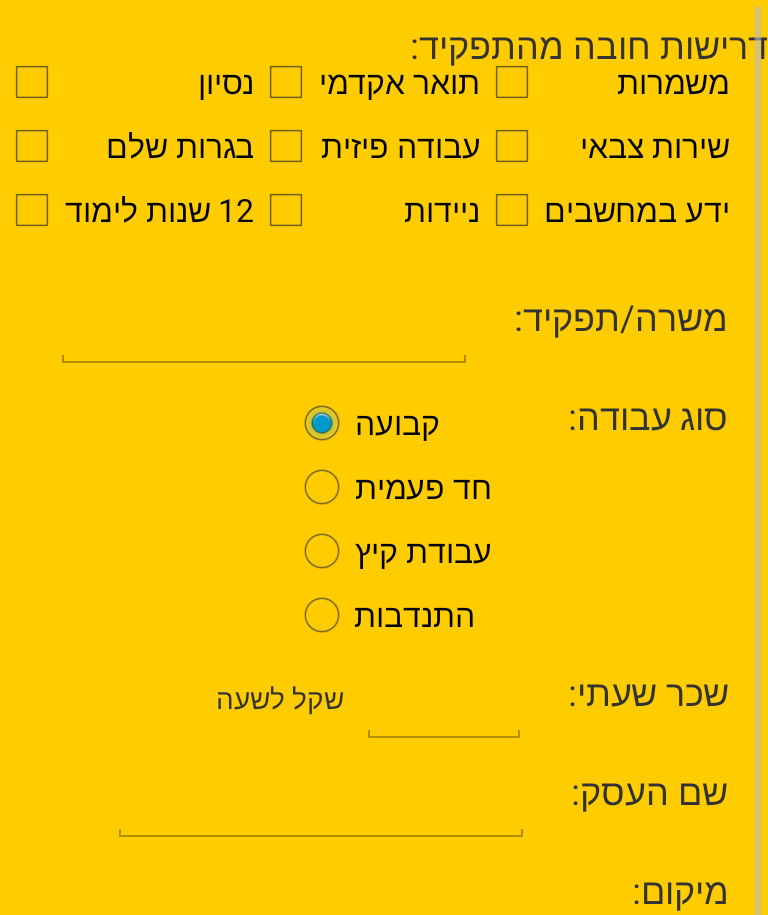
Repository: rodi055/jobli
Layout: Jobli/res/layout/fragment_create_job.xml
The author's editor kept a copy of each file at every save. The layout is drawn from the files as they stood at one save, then again after the next save.
The pictures show rows 0 to 915 of an output 1280 px tall.
Pictures or frames that could not be fetched are drawn as grey boxes. It is drawn on a 768 x 1280 px phone screen (xhdpi) without system bars, with theme AppTheme; the app's code is not run. The app's manifest (not shown) leaves right-to-left support off. So textAlignment, textDirection and layoutDirection are ignored, and left and right values win over start and end ones.

Above is the layout before, as saved 2015-01-03 12:43:48.

### Jobli/res/layout/fragment_create_job.xml
<?xml version="1.0" encoding="utf-8"?>
<LinearLayout xmlns:android="http://schemas.android.com/apk/res/android"
    android:layout_width="match_parent"
    android:layout_height="match_parent"
    android:background="#FFCC00"
    android:orientation="vertical" >

    <ScrollView
        android:layout_width="match_parent"
        android:layout_height="wrap_content" >

        <LinearLayout
            android:layout_width="match_parent"
            android:layout_height="wrap_content"
            android:orientation="vertical" >

            <RelativeLayout
                android:layout_width="wrap_content"
                android:layout_height="0dp"
                android:layout_weight="0.56"
                  android:layout_marginTop="10dp" >

                <TextView
                    android:id="@+id/textView10"
                    android:layout_width="wrap_content"
                    android:layout_height="wrap_content"
                    android:layout_alignParentEnd="true"
                    android:layout_alignParentRight="true"
                    android:layout_alignParentTop="true"
                    android:layout_marginBottom="5dp"
                    android:text="דרישות חובה מהתפקיד:"
                    android:textSize="18sp" />

                <TableLayout
                    android:id="@+id/table3"
                    android:layout_width="wrap_content"
                    android:layout_height="wrap_content"
                    android:layout_centerVertical="true"
                    android:layout_toEndOf="@+id/table2"
                    android:layout_toRightOf="@+id/table2" >

                    <TableRow
                        android:id="@+id/tableRow21"
                        android:layout_width="wrap_content"
                        android:layout_height="wrap_content" >

                        <CheckBox
                            android:id="@+id/checkBox22"
                            android:layout_width="wrap_content"
                            android:layout_height="wrap_content"
                            android:text="משמרות" />
                    </TableRow>

                    <TableRow
                        android:id="@+id/tableRow22"
                        android:layout_width="wrap_content"
                        android:layout_height="wrap_content" >

                        <CheckBox
                            android:id="@+id/checkBox23"
                            android:layout_width="wrap_content"
                            android:layout_height="wrap_content"
                            android:text="שירות צבאי" />
                    </TableRow>

                    <TableRow
                        android:id="@+id/tableRow23"
                        android:layout_width="wrap_content"
                        android:layout_height="wrap_content" >

                        <CheckBox
                            android:id="@+id/checkBox24"
                            android:layout_width="wrap_content"
                            android:layout_height="wrap_content"
                            android:text="ידע במחשבים" />
                    </TableRow>

                    <TableRow
                        android:id="@+id/tableRow24"
                        android:layout_width="wrap_content"
                        android:layout_height="wrap_content" >
                    </TableRow>
                </TableLayout>

                <TableLayout
                    android:id="@+id/table2"
                    android:layout_width="wrap_content"
                    android:layout_height="wrap_content"
                    android:layout_centerVertical="true"
                    android:layout_toEndOf="@+id/table1"
                    android:layout_toRightOf="@+id/table1" >

                    <TableRow
                        android:id="@+id/tableRow41"
                        android:layout_width="wrap_content"
                        android:layout_height="wrap_content" >

                        <CheckBox
                            android:id="@+id/checkBox2"
                            android:layout_width="wrap_content"
                            android:layout_height="wrap_content"
                            android:text="תואר אקדמי" />
                    </TableRow>

                    <TableRow
                        android:id="@+id/tableRow2"
                        android:layout_width="wrap_content"
                        android:layout_height="wrap_content" >

                        <CheckBox
                            android:id="@+id/checkBox42"
                            android:layout_width="wrap_content"
                            android:layout_height="wrap_content"
                            android:text="עבודה פיזית" />
                    </TableRow>

                    <TableRow
                        android:id="@+id/tableRow3"
                        android:layout_width="wrap_content"
                        android:layout_height="wrap_content" >

                        <CheckBox
                            android:id="@+id/checkBox4"
                            android:layout_width="wrap_content"
                            android:layout_height="wrap_content"
                            android:text="ניידות" />
                    </TableRow>

                    <TableRow
                        android:id="@+id/tableRow4"
                        android:layout_width="wrap_content"
                        android:layout_height="wrap_content" >
                    </TableRow>
                </TableLayout>

                <TableLayout
                    android:id="@+id/table1"
                    android:layout_width="wrap_content"
                    android:layout_height="wrap_content"
                    android:layout_below="@+id/textView10"
                    android:layout_centerVertical="true" >

                    <TableRow
                        android:id="@+id/tableRow11"
                        android:layout_width="wrap_content"
                        android:layout_height="wrap_content" >

                        <CheckBox
                            android:id="@+id/checkBox12"
                            android:layout_width="wrap_content"
                            android:layout_height="wrap_content"
                            android:text="נסיון" />
                    </TableRow>

                    <TableRow
                        android:id="@+id/tableRow12"
                        android:layout_width="wrap_content"
                        android:layout_height="wrap_content" >

                        <CheckBox
                            android:id="@+id/checkBox13"
                            android:layout_width="wrap_content"
                            android:layout_height="wrap_content"
                            android:text="בגרות שלם" />
                    </TableRow>

                    <TableRow
                        android:id="@+id/tableRow13"
                        android:layout_width="wrap_content"
                        android:layout_height="wrap_content" >

                        <CheckBox
                            android:id="@+id/checkBox14"
                            android:layout_width="wrap_content"
                            android:layout_height="wrap_content"
                            android:text="12 שנות לימוד" />
                    </TableRow>

                    <TableRow
                        android:id="@+id/tableRow14"
                        android:layout_width="wrap_content"
                        android:layout_height="wrap_content" >
                    </TableRow>
                </TableLayout>
            </RelativeLayout>

            <RelativeLayout
                android:layout_width="wrap_content"
                android:layout_height="wrap_content"
                android:layout_marginTop="10dp" >

                <TextView
                    android:id="@+id/textView1"
                    android:layout_width="wrap_content"
                    android:layout_height="wrap_content"
                    android:layout_alignParentEnd="true"
                    android:layout_alignParentRight="true"
                    android:layout_alignParentTop="true"
                    android:layout_marginEnd="20dp"
                    android:layout_marginRight="20dp"
                    android:text="משרה/תפקיד:"
                    android:textSize="18sp" />

                <EditText
                    android:id="@+id/editText1"
                    android:layout_width="wrap_content"
                    android:layout_height="wrap_content"
                    android:layout_alignTop="@+id/textView1"
                    android:layout_marginEnd="20dp"
                    android:layout_marginRight="20dp"
                    android:layout_toLeftOf="@+id/textView1"
                    android:layout_toStartOf="@+id/textView1"
                    android:ems="10"
                    android:inputType="text"
                    android:maxLines="1" />
            </RelativeLayout>

            <RelativeLayout
                android:layout_width="wrap_content"
                android:layout_height="wrap_content"
                android:layout_marginTop="10dp" >

                <TextView
                    android:id="@+id/textView2"
                    android:layout_width="wrap_content"
                    android:layout_height="wrap_content"
                    android:layout_alignParentEnd="true"
                    android:layout_alignParentRight="true"
                    android:layout_alignParentTop="true"
                    android:layout_marginEnd="20dp"
                    android:layout_marginRight="20dp"
                    android:text="סוג עבודה:"
                    android:textSize="18sp" />

                <RadioGroup
                    android:id="@+id/radioGroup1"
                    android:layout_width="wrap_content"
                    android:layout_height="wrap_content"
                    android:layout_alignParentTop="true"
                    android:layout_marginEnd="38dp"
                    android:layout_marginRight="38dp"
                    android:layout_toLeftOf="@+id/textView2" >

                    <RadioButton
                        android:id="@+id/radio0"
                        android:layout_width="wrap_content"
                        android:layout_height="wrap_content"
                        android:checked="true"
                        android:text="קבועה" />

                    <RadioButton
                        android:id="@+id/radio1"
                        android:layout_width="wrap_content"
                        android:layout_height="wrap_content"
                        android:text="חד פעמית" />

                    <RadioButton
                        android:id="@+id/radio2"
                        android:layout_width="wrap_content"
                        android:layout_height="wrap_content"
                        android:text="עבודת קיץ" />

                    <RadioButton
                        android:id="@+id/radio3"
                        android:layout_width="wrap_content"
                        android:layout_height="wrap_content"
                        android:text="התנדבות" />
                </RadioGroup>
            </RelativeLayout>

            <RelativeLayout
                android:layout_width="wrap_content"
                android:layout_height="wrap_content"
                android:layout_marginTop="10dp" >

                <TextView
                    android:id="@+id/textView8"
                    android:layout_width="wrap_content"
                    android:layout_height="wrap_content"
                    android:layout_alignParentEnd="true"
                    android:layout_alignParentRight="true"
                    android:layout_alignParentTop="true"
                    android:layout_marginEnd="20dp"
                    android:layout_marginRight="20dp"
                    android:text="שכר שעתי:"
                    android:textSize="18sp" />

                <EditText
                    android:id="@+id/editText8"
                    android:layout_width="wrap_content"
                    android:layout_height="wrap_content"
                    android:layout_alignTop="@+id/textView8"
                    android:layout_marginEnd="20dp"
                    android:layout_marginRight="20dp"
                    android:layout_toLeftOf="@+id/textView8"
                    android:ems="4"
                    android:inputType="numberDecimal"
                    android:maxLines="1"
                    android:singleLine="true" />

                <TextView
                    android:id="@+id/textView9"
                    android:layout_width="wrap_content"
                    android:layout_height="wrap_content"
                    android:layout_alignBottom="@+id/textView8"
                    android:layout_marginRight="8dp"
                    android:layout_toLeftOf="@+id/editText8"
                    android:text="שקל לשעה" />
            </RelativeLayout>

            <RelativeLayout
                android:layout_width="wrap_content"
                android:layout_height="wrap_content"
                android:layout_marginTop="10dp" >

                <TextView
                    android:id="@+id/textView3"
                    android:layout_width="wrap_content"
                    android:layout_height="wrap_content"
                    android:layout_alignParentEnd="true"
                    android:layout_alignParentRight="true"
                    android:layout_alignParentTop="true"
                    android:layout_marginEnd="20dp"
                    android:layout_marginRight="20dp"
                    android:text="שם העסק:"
                    android:textSize="18sp" />

                <EditText
                    android:id="@+id/editText3"
                    android:layout_width="wrap_content"
                    android:layout_height="wrap_content"
                    android:layout_alignTop="@+id/textView3"
                    android:layout_marginEnd="20dp"
                    android:layout_marginRight="20dp"
                    android:layout_toLeftOf="@+id/textView3"
                    android:ems="10"
                    android:maxLines="1"
                    android:singleLine="true" />
            </RelativeLayout>

            <RelativeLayout
                android:layout_width="wrap_content"
                android:layout_height="wrap_content"
                android:layout_marginTop="10dp" >

                <TextView
                    android:id="@+id/textView4"
                    android:layout_width="wrap_content"
                    android:layout_height="wrap_content"
                    android:layout_alignParentEnd="true"
                    android:layout_alignParentRight="true"
                    android:layout_alignParentTop="true"
                    android:layout_marginEnd="20dp"
                    android:layout_marginRight="20dp"
                    android:text="מיקום:"
                    android:textSize="18sp" />
            </RelativeLayout>

            <fragment
                android:id="@+id/My_map"
                android:layout_width="match_parent"
                android:layout_height="120dp"
                android:layout_marginBottom="20dp"
                class="com.google.android.gms.maps.MapFragment" />

            <RelativeLayout
                android:layout_width="wrap_content"
                android:layout_height="wrap_content"
                android:layout_marginTop="10dp" >

                <TextView
                    android:id="@+id/textView5"
                    android:layout_width="wrap_content"
                    android:layout_height="wrap_content"
                    android:layout_alignParentEnd="true"
                    android:layout_alignParentRight="true"
                    android:layout_alignParentTop="true"
                    android:layout_marginEnd="20dp"
                    android:layout_marginRight="20dp"
                    android:text="שם איש קשר:"
                    android:textSize="18sp" />

                <EditText
                    android:id="@+id/editText5"
                    android:layout_width="wrap_content"
                    android:layout_height="wrap_content"
                    android:layout_alignTop="@+id/textView5"
                    android:layout_marginEnd="20dp"
                    android:layout_marginRight="20dp"
                    android:layout_toLeftOf="@+id/textView5"
                    android:layout_toStartOf="@+id/textView5"
                    android:ems="10"
                    android:inputType="textPersonName"
                    android:maxLines="1"
                    android:singleLine="true" />
            </RelativeLayout>

            <RelativeLayout
                android:layout_width="wrap_content"
                android:layout_height="wrap_content"
                android:layout_marginTop="10dp" >

                <TextView
                    android:id="@+id/textView6"
                    android:layout_width="wrap_content"
                    android:layout_height="wrap_content"
                    android:layout_alignParentEnd="true"
                    android:layout_alignParentRight="true"
                    android:layout_alignParentTop="true"
                    android:layout_marginEnd="20dp"
                    android:layout_marginRight="20dp"
                    android:text="איימיל:"
                    android:textSize="18sp" />

                <EditText
                    android:id="@+id/editText6"
                    android:layout_width="wrap_content"
                    android:layout_height="wrap_content"
                    android:layout_alignTop="@+id/textView6"
                    android:layout_marginEnd="20dp"
                    android:layout_marginRight="20dp"
                    android:layout_toLeftOf="@+id/textView6"
                    android:layout_toStartOf="@+id/textView6"
                    android:ems="10"
                    android:inputType="textEmailAddress"
                    android:maxLines="1"
                    android:singleLine="true" />
            </RelativeLayout>

            <RelativeLayout
                android:layout_width="wrap_content"
                android:layout_height="wrap_content"
                android:layout_marginTop="10dp"
                android:contentDescription="@android:string/emptyPhoneNumber" >

                <TextView
                    android:id="@+id/textView7"
                    android:layout_width="wrap_content"
                    android:layout_height="wrap_content"
                    android:layout_alignParentEnd="true"
                    android:layout_alignParentRight="true"
                    android:layout_alignParentTop="true"
                    android:layout_marginEnd="20dp"
                    android:layout_marginRight="20dp"
                    android:text="מספר טלפון:"
                    android:textSize="18sp" />

                <EditText
                    android:id="@+id/editText7"
                    android:layout_width="wrap_content"
                    android:layout_height="wrap_content"
                    android:layout_alignTop="@+id/textView7"
                    android:layout_marginEnd="20dp"
                    android:layout_marginRight="20dp"
                    android:layout_toLeftOf="@+id/textView7"
                    android:layout_toStartOf="@+id/textView7"
                    android:ems="10"
                    android:inputType="phone"
                    android:maxLines="1"
                    android:singleLine="true" />

                <CheckBox
                    android:id="@+id/checkBox1"
                    android:layout_width="wrap_content"
                    android:layout_height="wrap_content"
                    android:layout_alignParentRight="true"
                    android:layout_below="@id/textView7"
                    android:text="אל תציג מספר טלפון"
                    android:textSize="12sp" />
            </RelativeLayout>
        </LinearLayout>
    </ScrollView>

</LinearLayout>

Loaded but not shown: Jobli/res/values/styles.xml (common file); Jobli/res/values-v11/styles.xml (common file); Jobli/res/values-v14/styles.xml (common file)

After the next save:
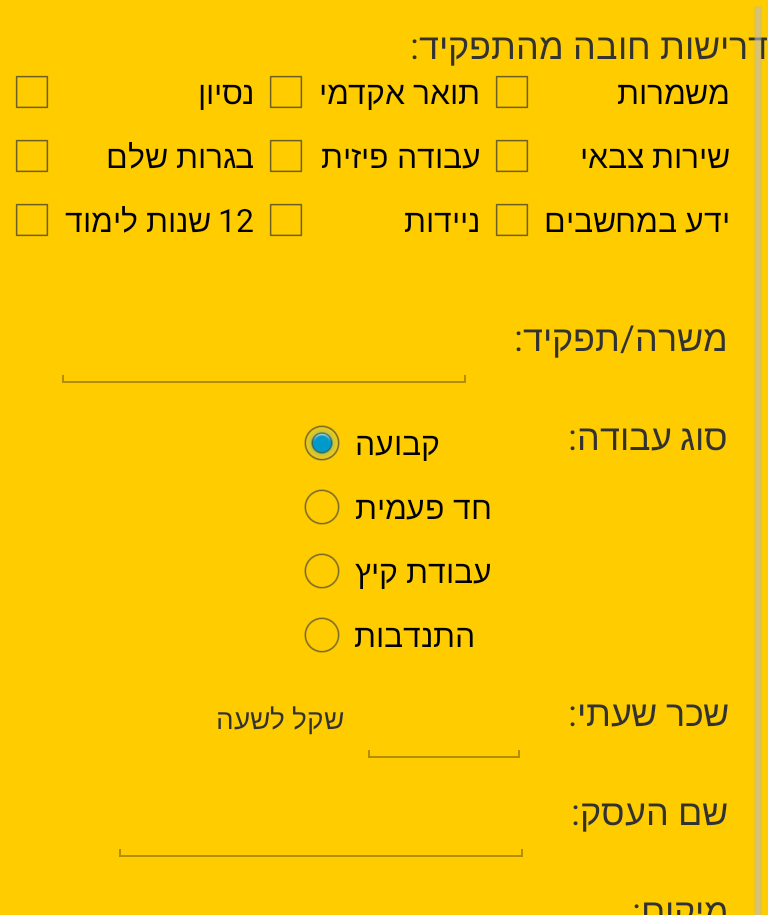
Saved 46 s later.
--- a/Jobli/res/layout/fragment_create_job.xml
+++ b/Jobli/res/layout/fragment_create_job.xml
@@ -27,7 +27,7 @@
                     android:layout_alignParentEnd="true"
                     android:layout_alignParentRight="true"
                     android:layout_alignParentTop="true"
-                    android:layout_marginBottom="5dp"
+                    android:layout_marginBottom="15dp"
                     android:text="דרישות חובה מהתפקיד:"
                     android:textSize="18sp" />
 
